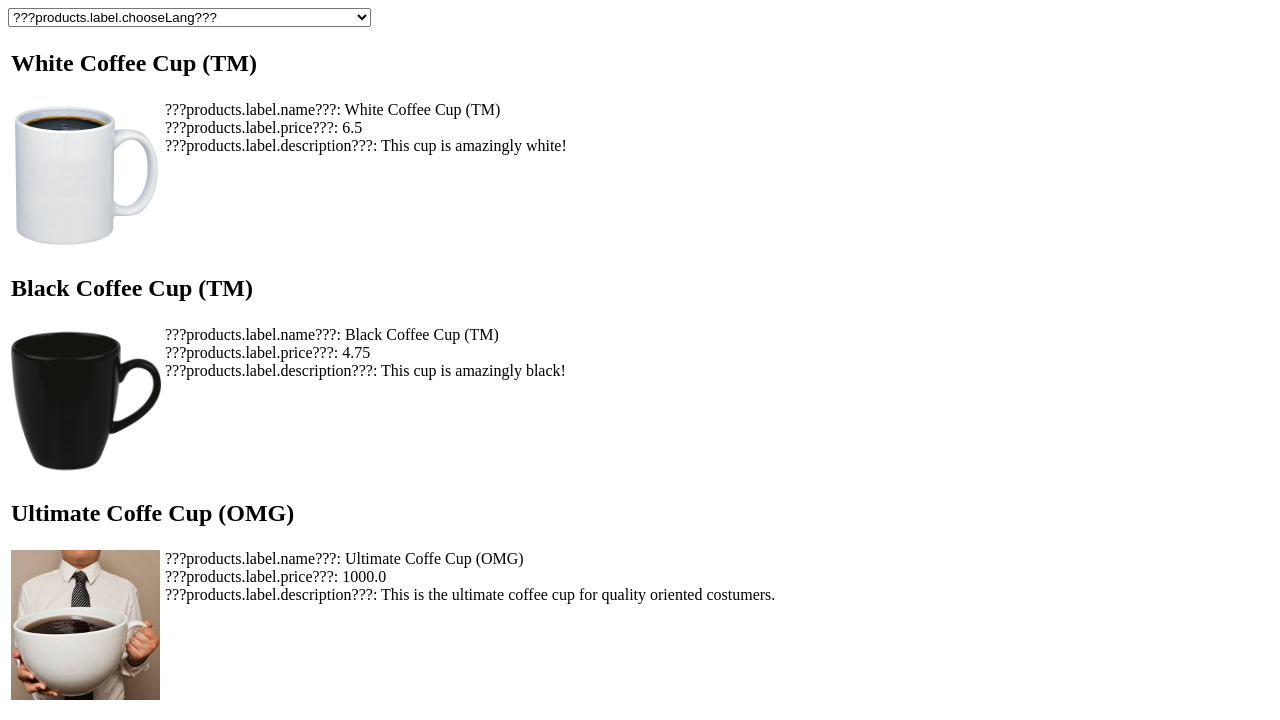
Repository: superdids/DAT152
Page: http://localhost/Oblig3/products
An editor plug-in stored every save of this project. The page is shown before and after the next save, followed by the edit.
The browser window is 1280 px wide. The pictures show the whole page.
The page is served by Tomcat 9.

Above is the page before, as saved 2015-10-22 21:36:40.

After the next save:
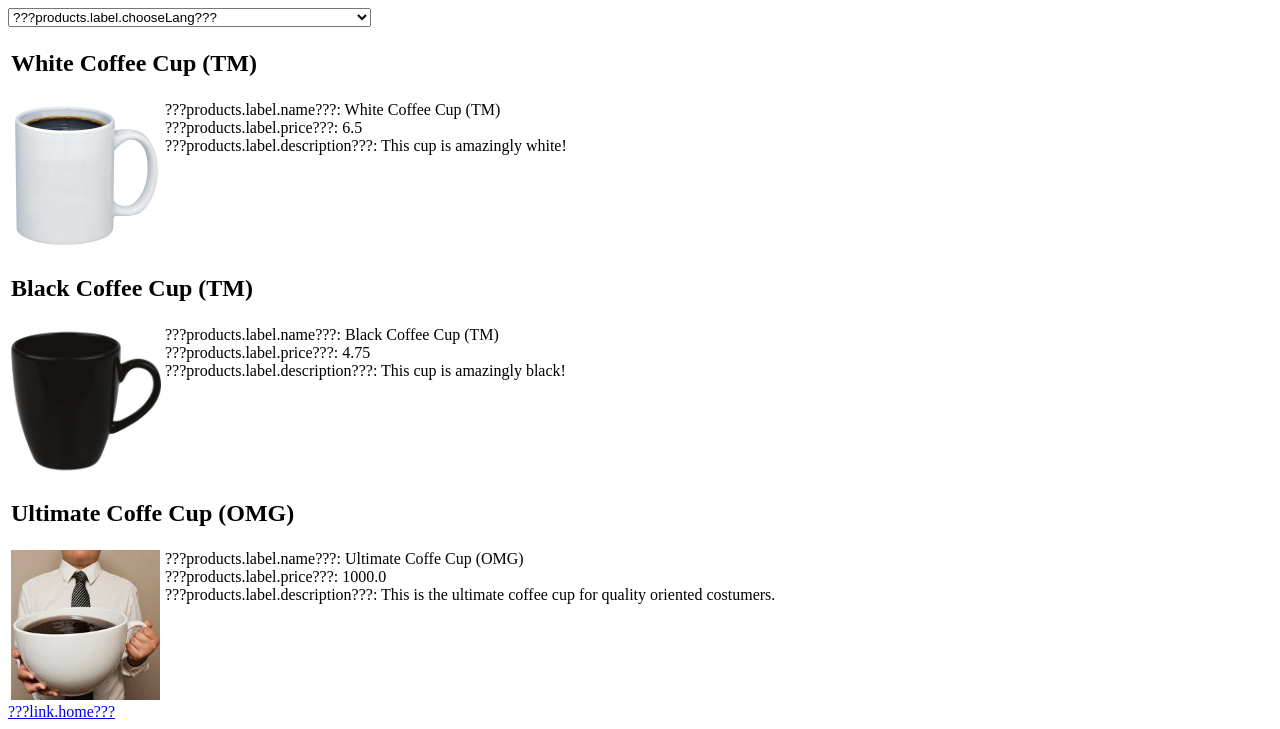
Saved 19 s later.
--- a/Oblig3/WebContent/products.jsp
+++ b/Oblig3/WebContent/products.jsp
@@ -51,7 +51,7 @@
 </c:forEach>
 </table>
 
-<a href="home"></a>
+<a href="home"><fmt:message key="link.home" /></a>
 <a href="cart"></a>
 
 </body>
